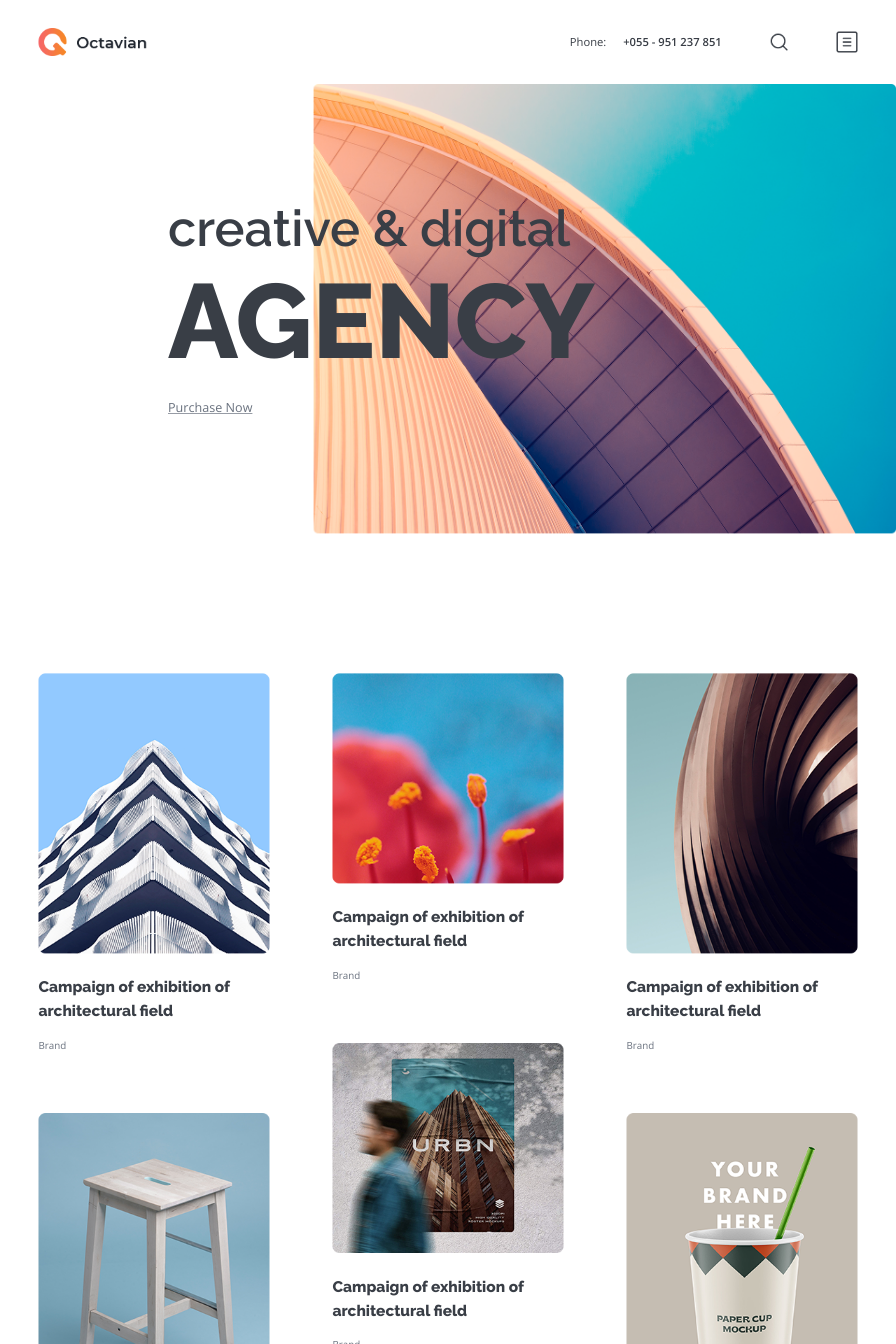
Repository: huydev0401/octavian-1
Page: index.html
These files come from the project's save history. The page is drawn as it stood at one moment and after a run of saves; the edit follows.
The browser window is 1280 px wide. The pictures show the part of the page from y = 0 to 1920 px (the page is 7472 px tall before and 7468 px after), at 70% of full size.
The style sheet was rebuilt from its Sass, Less or Tailwind sources for each picture, by a compiler version that may differ from the author's.

Above is the page before, as saved 2021-09-02 16:31:57.

After the next 3 saves:
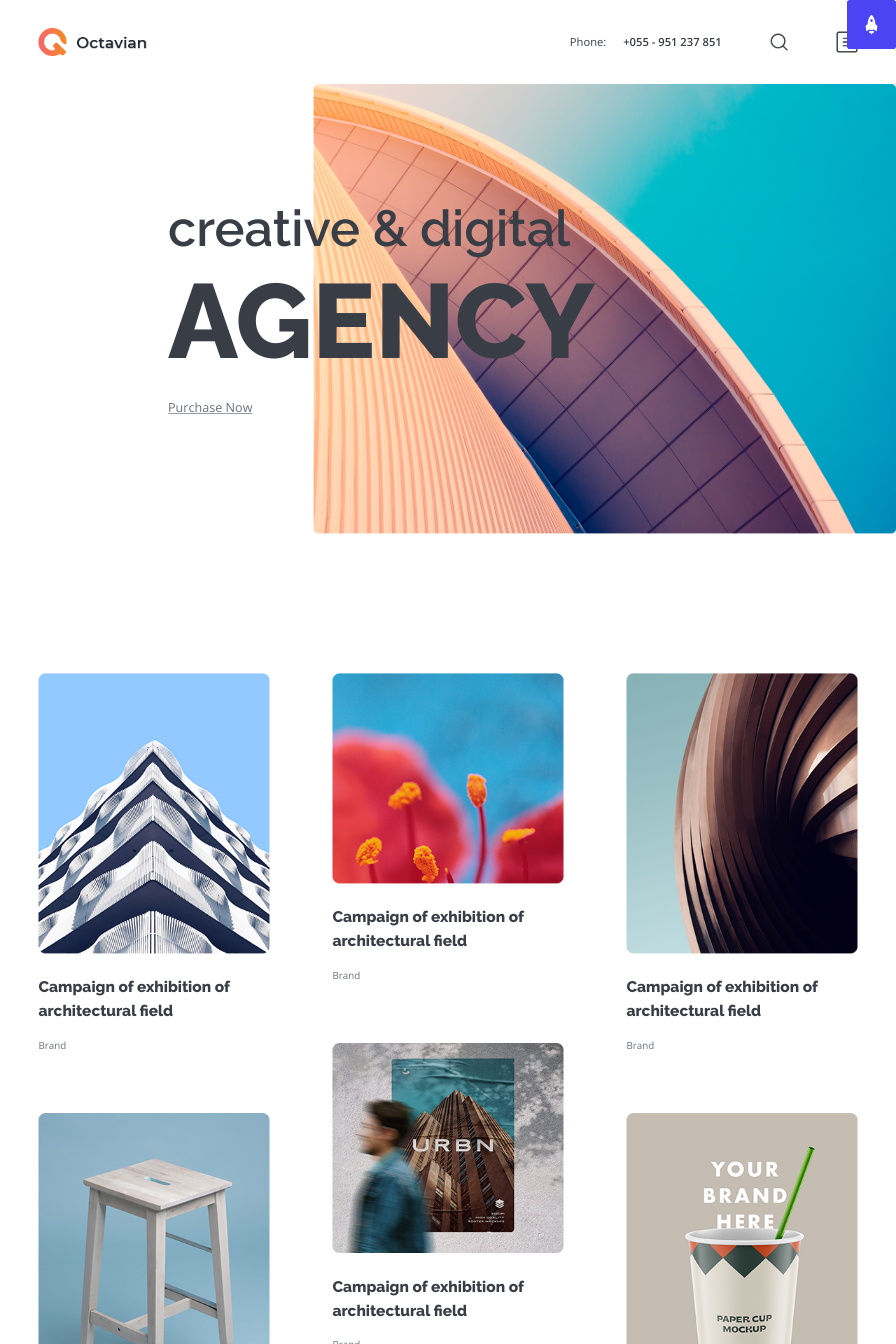
The 3 saves are shown as one change because they came seconds apart.
The last was saved 12 s later.
--- a/scss/_footer.scss
+++ b/scss/_footer.scss
@@ -67,6 +67,8 @@
     justify-content: center;
     align-items: center;
     position: absolute;
+    top: 0;
+    right: 0;
   }
 }
 
